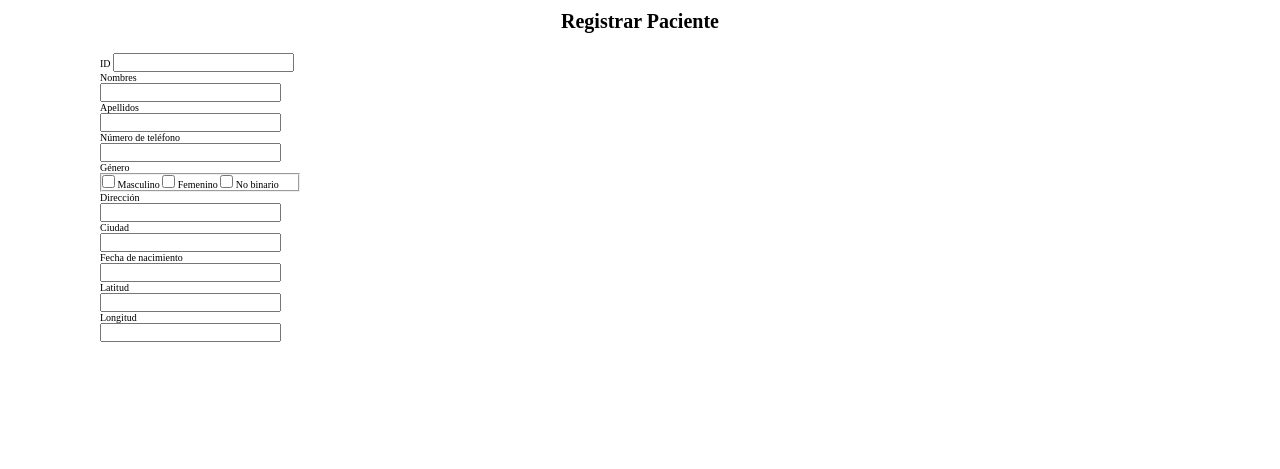
Repository: alexvl06/HospiEnCasa
Page: HospiEnCasa.App/HospiEnCasa.App.Frontend/pacientForm.html
The author's editor kept a copy of each file at every save. The page is drawn from the files as they stood at one save, then again after the next save.
The browser window is 1280 px wide. The pictures show the whole page.

Above is the page before, as saved 2022-07-05 16:47:57.

### HospiEnCasa.App/HospiEnCasa.App.Frontend/pacientForm.html
<!DOCTYPE html>
<html lang="es">
  <head>
    <meta charset="UTF-8" />
    <meta http-equiv="X-UA-Compatible" content="IE=edge" />
    <meta
      name="viewport"
      content="width=device-width
    , initial-scale=1.0"
    />
    <title>Formulario pacientes</title>
    <link rel="stylesheet" href="style.css" />
  </head>
  <body>
    <header>
      <h1>Registrar Paciente</h1>
    </header>
    <main>
      <form action="">
        <label for="id">
          <span>ID</span>
          <input type="text" name="id" id="id" required />
        </label>
        <label for="firstname">
          <span>Nombres</span>
          <input
            type="text"
            name="firstname"
            id="firstname"
            requiredphonenumber
          />
        </label>
        <label for="lastname">
          <span>Apellidos</span>
          <input type="text" name="lastname" id="lastname" required />
        </label>
        <label for="phonenumber">
          <span>Número de teléfono</span>
          <input type="text" name="phonenumber" id="phonenumber" required />
        </label>
        <label for="genre">
          <span>Género</span>
          <fieldset>
            <label for="male">
              <input type="checkbox" name="male" id="male" />
              <span>Masculino</span>
            </label>
            <label for="male">
              <input type="checkbox" name="female" id="female" />
              <span>Femenino</span>
            </label>
            <label for="male">
              <input type="checkbox" name="other" id="other" />
              <span>No binario</span>
            </label>
          </fieldset>
        </label>
        <label for="address">
          <span>Dirección</span>
          <input type="text" name="address" id="address" required />
        </label>
        <label for="city">
          <span>Ciudad</span>
          <input type="text" name="city" id="city" required />
        </label>
        <label for="birthdate">
          <span>Fecha de nacimiento</span>
          <input type="text" name="birthdate" id="birthdate" required />
        </label>
        <label for="lat">
          <span>Latitud</span>
          <input type="text" name="lat" id="lat" />
        </label>
        <label for="long">
          <span>Longitud</span>
          <input type="text" name="long" id="long" />
        </label>
      </form>
    </main>
  </body>
</html>

### HospiEnCasa.App/HospiEnCasa.App.Frontend/style.css
*{
  box-sizing: border-box;
  margin:0;
  padding: 0;
}

html{
  font-size: 62.5%;
}

h1{
  display:flex;
  justify-content: center;
  margin: 1rem;
}

form{
  display: flex;
  flex-direction: column;
  flex-wrap: wrap;
  width: 20rem;
  margin: 2rem 10rem;

}

After the next save:
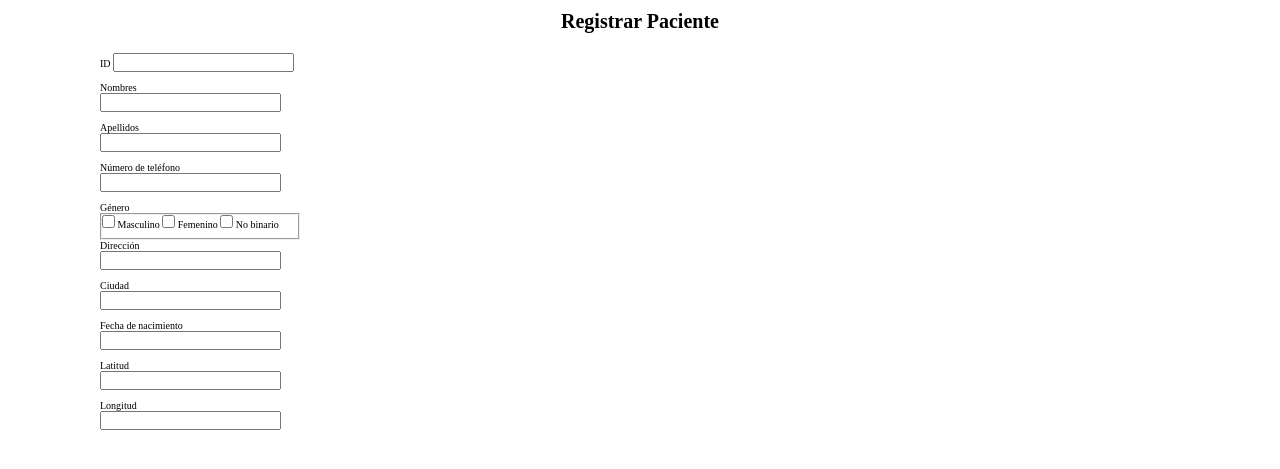
Saved 52 s later.
--- a/HospiEnCasa.App/HospiEnCasa.App.Frontend/style.css
+++ b/HospiEnCasa.App/HospiEnCasa.App.Frontend/style.css
@@ -22,3 +22,7 @@ form{
   margin: 2rem 10rem;
 
 }
+
+form label input{
+  margin-bottom: 1rem;
+}
